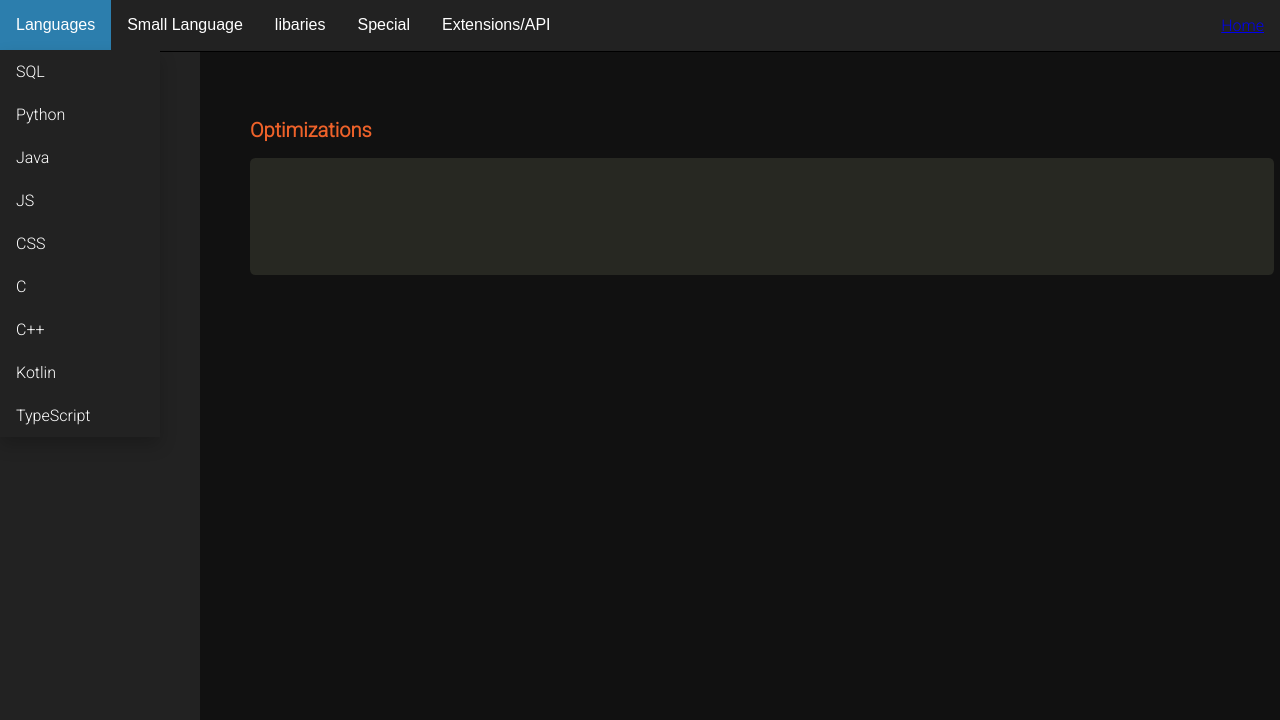
Repository: Max-Rohrhirsch/Max-Rohrhirsch.github.io
Page: documentation/special/OS/optimization.html
An editor plug-in stored every save of this project. The page is shown before and after the next save, followed by the edit.
The browser window is 1280 px wide. The pictures show the whole page.

Above is the page before, as saved 2023-10-29 18:31:31.

After the next save:
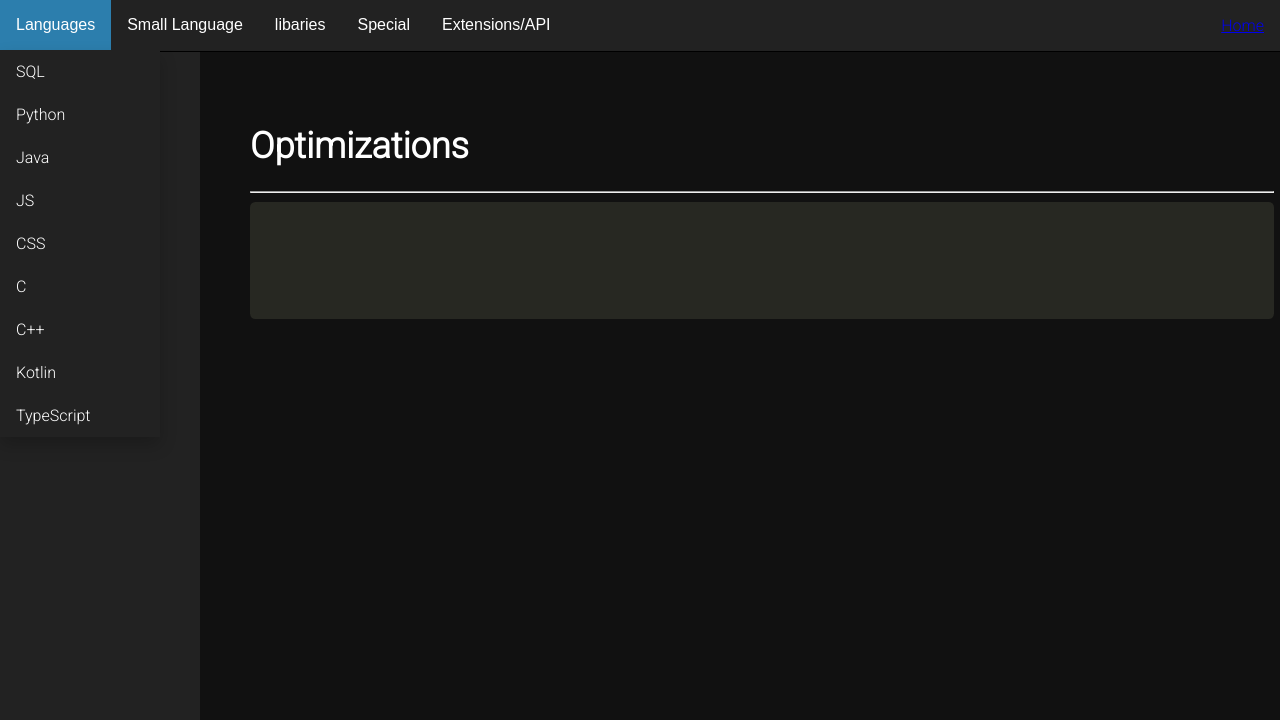
Saved 15 s later.
--- a/documentation/special/OS/optimization.html
+++ b/documentation/special/OS/optimization.html
@@ -21,7 +21,8 @@
 </div>
 
 <div class="main">
-<h2>Optimizations</h2>
+<h1>Optimizations</h1>
+<hr>
 <pre>
     <code class="language-c">
 
